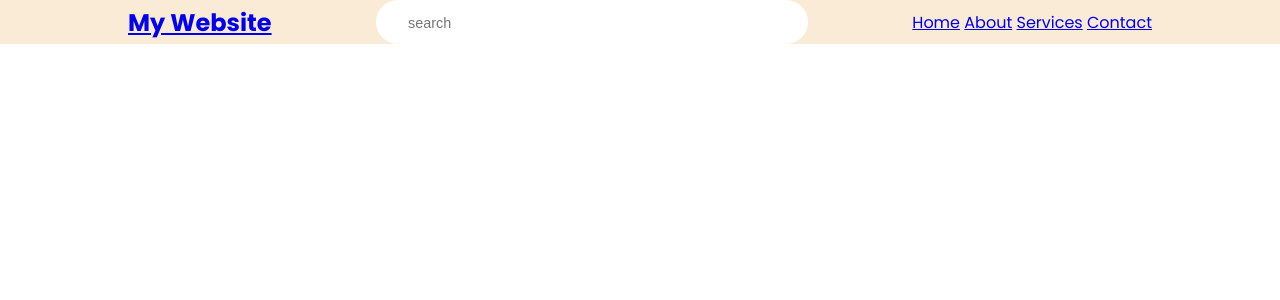
Repository: vncntxl/assesment3
Page: index.html
An editor plug-in stored every save of this project. The page is shown before and after the next save, followed by the edit.
The browser window is 1280 px wide. The pictures show the whole page.
Some icons come from a web library that is not loaded, so they are not drawn.

Above is the page before, as saved 2024-08-21 17:15:11.

After the next save:
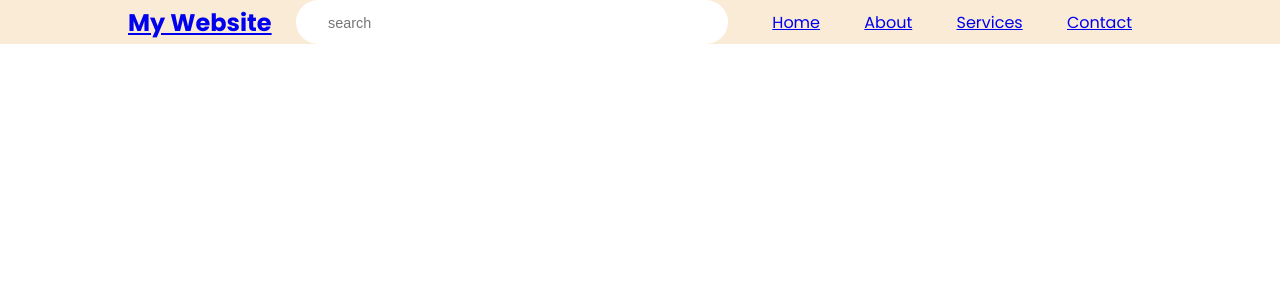
Saved 26 s later.
--- a/styles.css
+++ b/styles.css
@@ -53,5 +53,6 @@ ul{
 }
 
 nav li {
-    display: inline-block
+    display: inline-block;
+    padding: 0 20px;
 }
